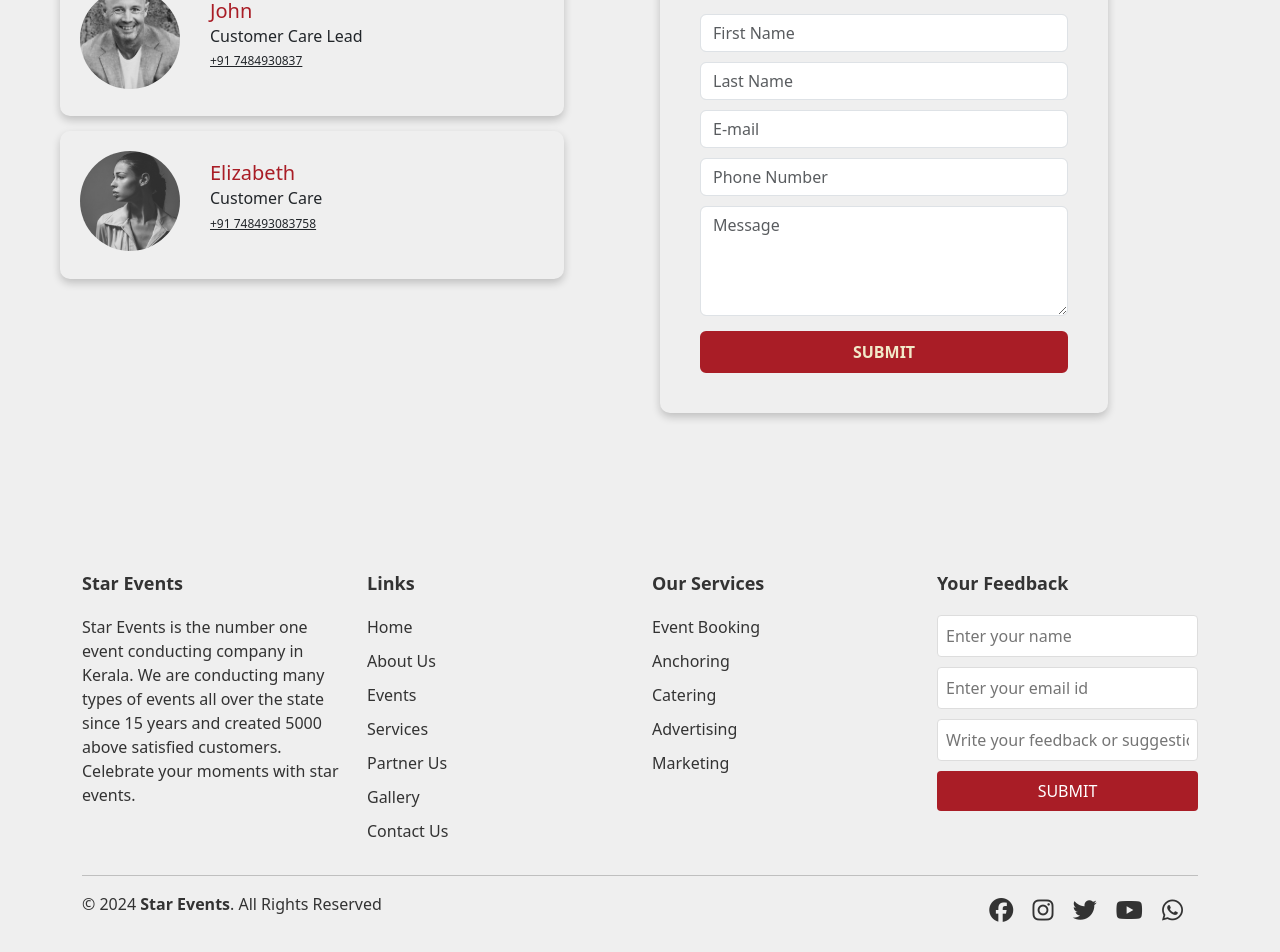
Repository: SharonSebastian32/Event-Management-System-
Page: index.html
An editor plug-in stored every save of this project. The page is shown before and after the next save, followed by the edit.
The browser window is 1280 px wide. The pictures show the part of the page from y = 4381 to 5333 px (the page is 5333 px tall).
A picture or video elsewhere on the page could not be fetched, so the positions and the page height are approximate. Some web libraries are served in a nearby version.

Above is the page before, as saved 2024-09-06 17:40:55.
Not found: assets/css/ContactUs.css

After the next save:
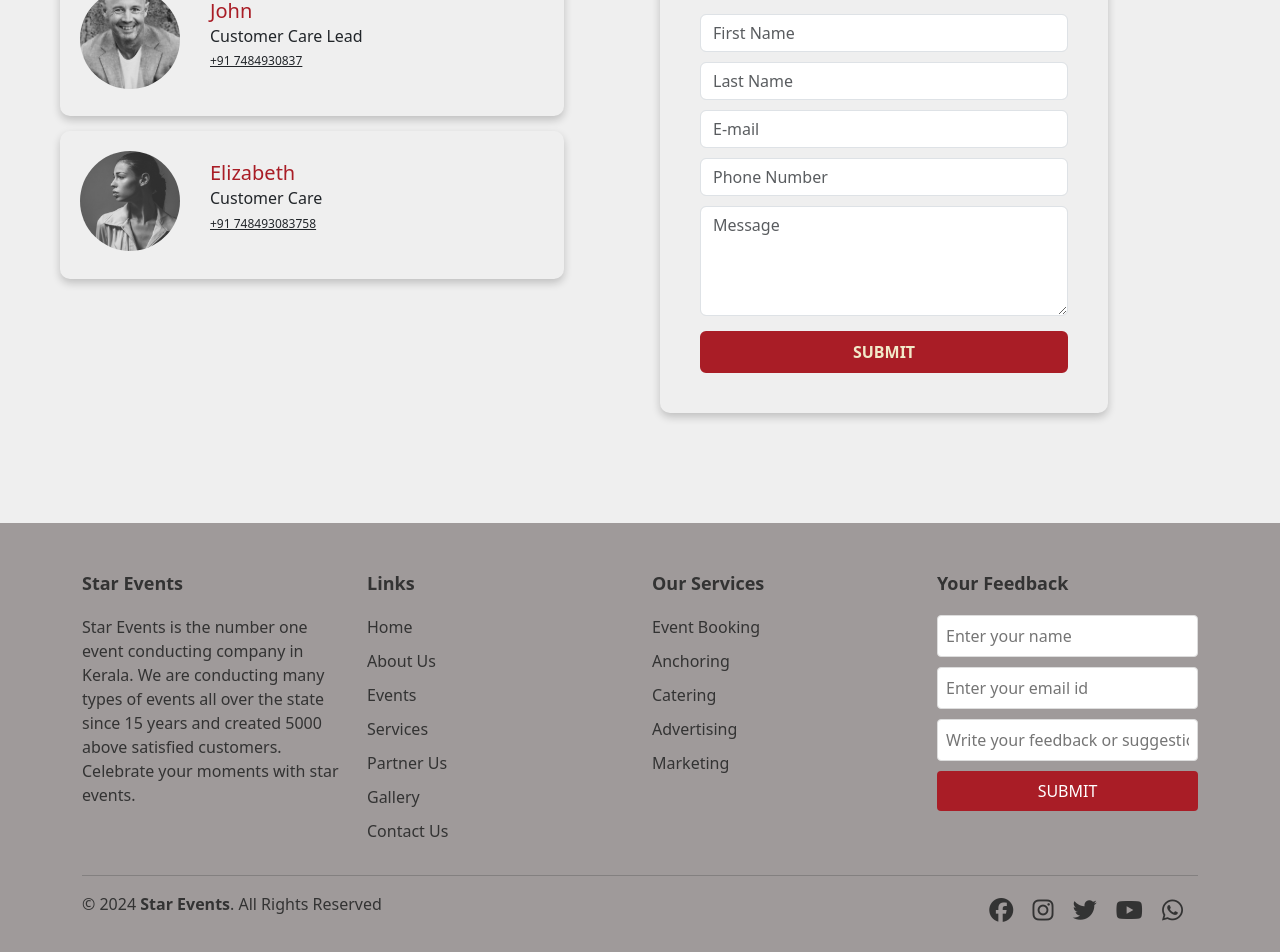
Saved 13 s later.
--- a/index.html
+++ b/index.html
@@ -222,7 +222,7 @@
     <!-- contact us section -->
 
     <!-- footer section start -->
-    <footer style="background-color: #efefef">
+    <footer style="background-color: #9f9a9a">
       <div class="container">
         <div class="row">
           <div class="col-md-3 footer-col">

After the save that followed:
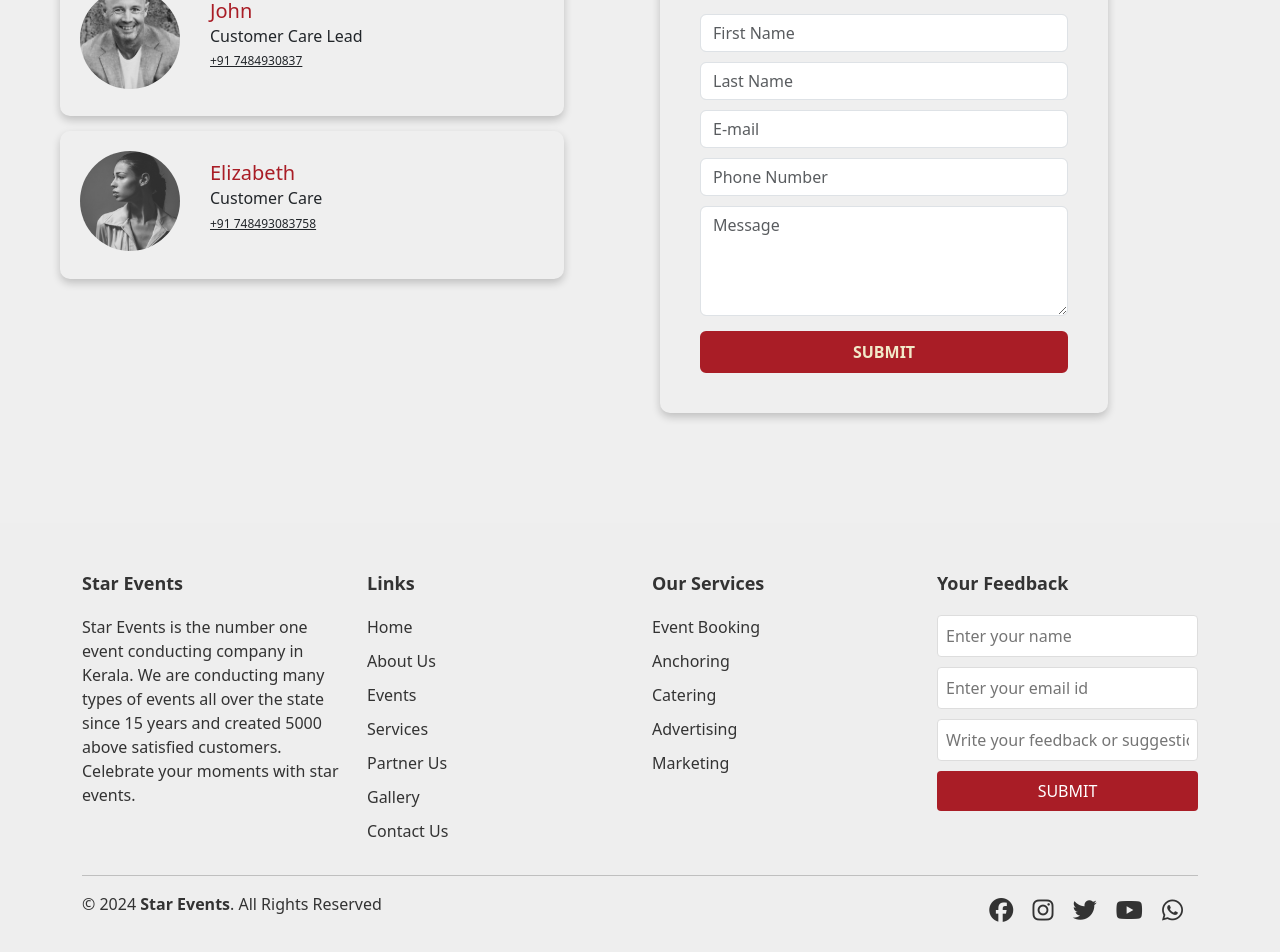
Saved 17 s later.
--- a/index.html
+++ b/index.html
@@ -222,7 +222,7 @@
     <!-- contact us section -->
 
     <!-- footer section start -->
-    <footer style="background-color: #9f9a9a">
+    <footer style="background-color: #eeeeee">
       <div class="container">
         <div class="row">
           <div class="col-md-3 footer-col">
